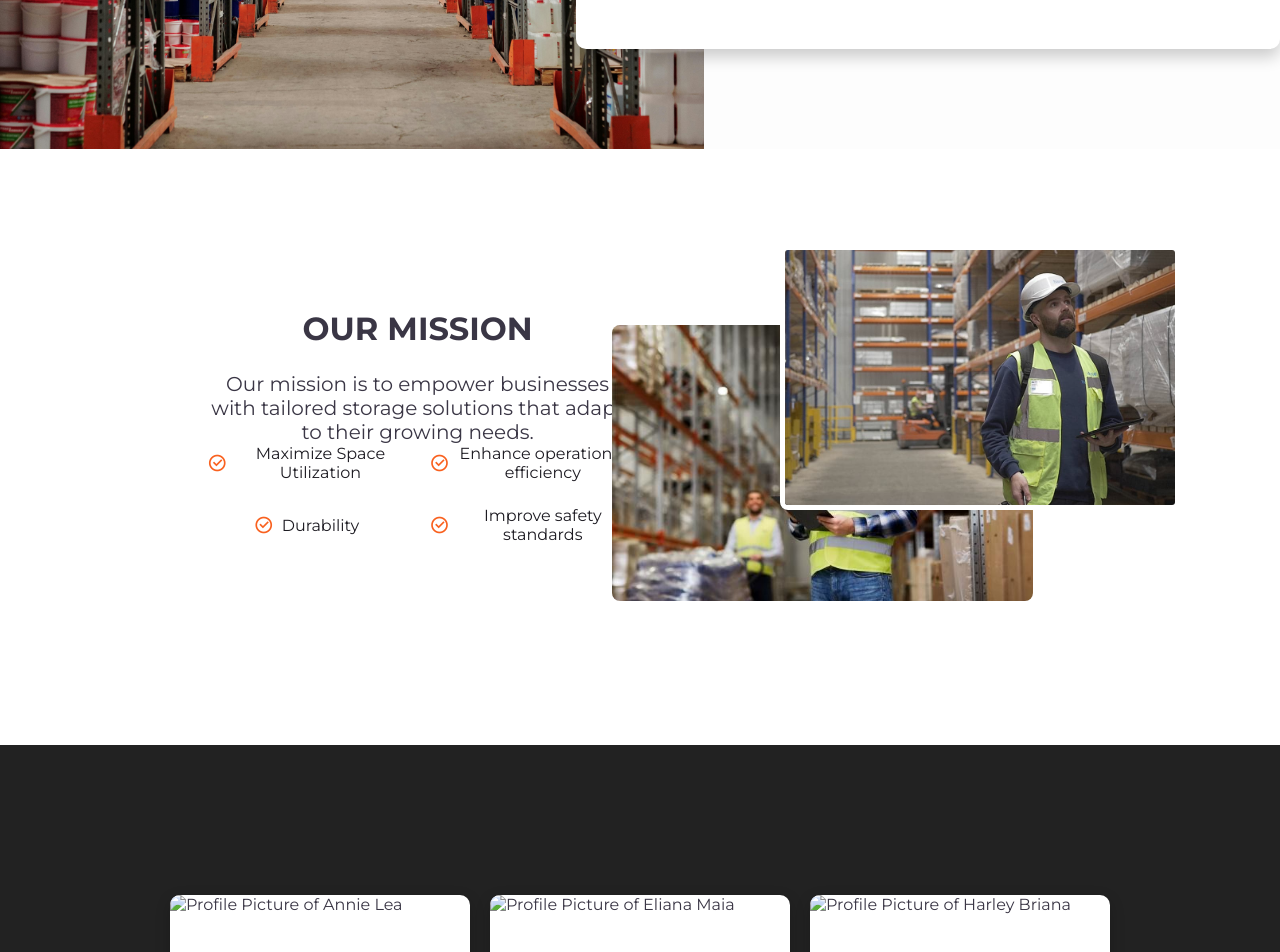
Repository: jahatesu/shelves-and-storage-equipment
Page: index.html
An editor plug-in stored every save of this project. The page is shown before and after a run of saves, followed by the edit.
The browser window is 1280 px wide. The pictures show the part of the page from y = 1323 to 2275 px (the page is 7708 px tall before and 7811 px after).
A picture or video elsewhere on the page could not be fetched, so the positions and the page height are approximate. Backgrounds fixed to the window are drawn as part of the page. Some web fonts or font styles are not loaded; a fallback is used. Some web libraries are served in a nearby version.

Above is the page before, as saved 2025-01-25 19:33:47.
Console error: TypeError: Cannot read properties of null (reading 'querySelector')

After the next 2 saves:
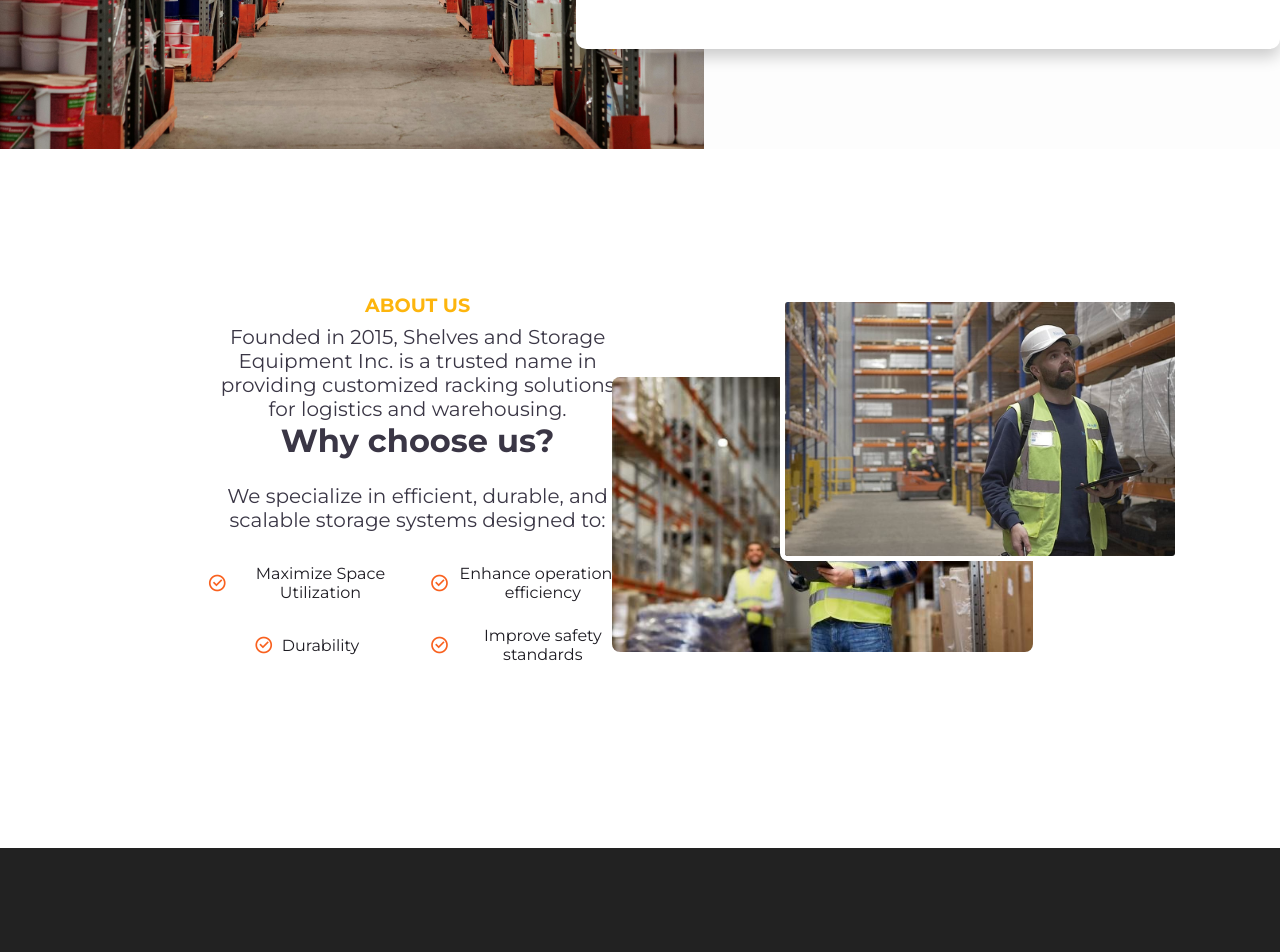
The 2 saves are shown as one change because they came seconds apart.
The last was saved 26 s later.
--- a/index.html
+++ b/index.html
@@ -54,10 +54,10 @@
                 Founded in 2015, Shelves and Storage Equipment Inc. is a trusted name in providing customized racking solutions for logistics and warehousing. We specialize in efficient, durable, and scalable storage systems designed to:
             </p>
             <ul class="skills">
-                <li><i class="ri-fullscreen-line"></i> Maximize space utilization</li>
-                <li><i class="ri-settings-3-line"></i> Enhance operational efficiency</li>
-                <li><i class="ri-shield-check-line"></i> Improve safety standards</li>
-            </ul>
+    <li><i class="ri-fullscreen-line"></i> Maximize space utilization</li>
+    <li><i class="ri-settings-3-line"></i> Enhance operational efficiency</li>
+    <li><i class="ri-shield-check-line"></i> Improve safety standards</li>
+</ul>
         </div>
     </div>
 
@@ -65,14 +65,14 @@
 <section class="about section" id="about">
     <div class="about_container container grid">
         <div class="about_data">
-            <h2 class="section_title">OUR MISSION</h2>
+            <span class="section_subtitle">ABOUT US</span>
             <p>
-                Our mission is to empower businesses with tailored storage solutions that adapt to their growing needs.
+                Founded in 2015, Shelves and Storage Equipment Inc. is a trusted name in providing customized racking solutions for logistics and warehousing.
             </p>
-            <!-- <h2 class="section_title">Why choose us?</h2>
+            <h2 class="section_title">Why choose us?</h2>
             <p class="about_description">
                 We specialize in efficient, durable, and scalable storage systems designed to:
-            </p> -->
+            </p>
             <ul class="about_list grid">
                 <li class="about_list-item">
                     <i class="ri-checkbox-circle-line"></i>
